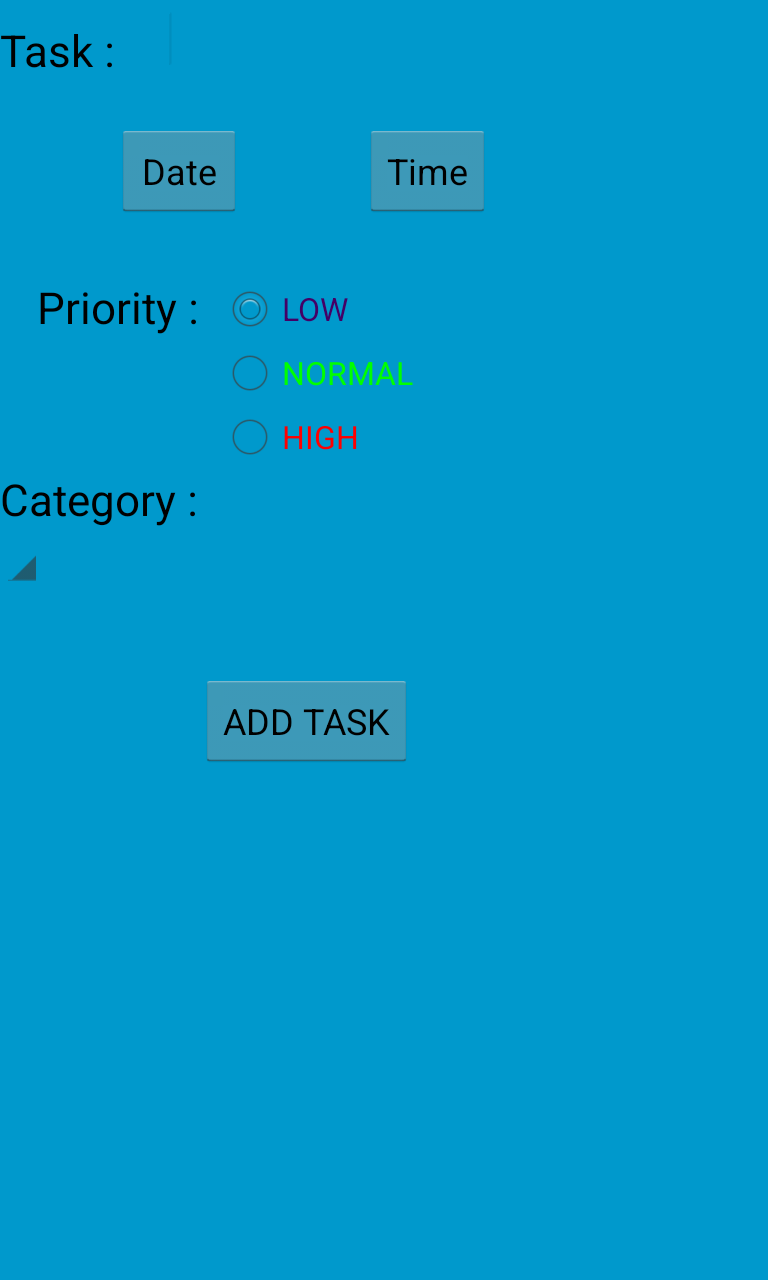
Repository: satyadarls/ToDo
Layout: ToDo/res/layout/customdialog_layout.xml
These files come from the project's save history. The layout is drawn as it stood at one moment and after the next save; the edit follows.
It is drawn on a 768 x 1280 px phone screen (xhdpi) without system bars, with theme AppTheme; the app's code is not run.

Above is the layout before, as saved 2014-07-07 18:41:10.

After the next save:
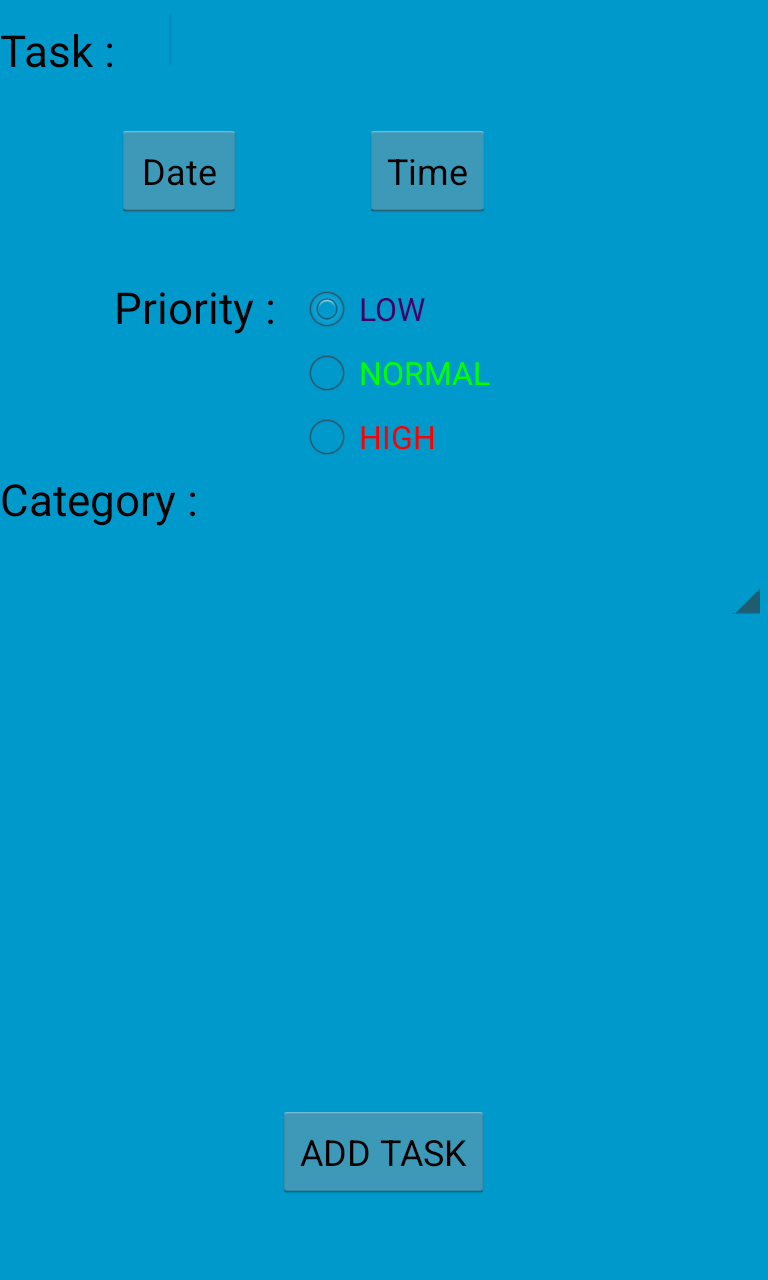
Saved 104 s later.
--- a/ToDo/res/layout/customdialog_layout.xml
+++ b/ToDo/res/layout/customdialog_layout.xml
@@ -85,23 +85,6 @@
         android:text="Priority :"
         android:textAppearance="?android:attr/textAppearanceLarge" />
 
-    <Spinner
-        android1:id="@+id/spinnercategory"
-        android1:layout_width="wrap_content"
-        android1:layout_height="wrap_content"
-        android1:layout_alignParentLeft="true"
-        android1:layout_below="@+id/radioGroup1"
-        android1:layout_marginTop="28dp" />
-
-    <Button
-        android1:id="@+id/dialogButton"
-        android1:layout_width="wrap_content"
-        android1:layout_height="wrap_content"
-        android1:layout_below="@+id/spinnercategory"
-        android1:layout_marginTop="42dp"
-        android1:layout_toRightOf="@+id/textView3"
-        android1:text="ADD TASK" />
-
     <TextView
         android1:id="@+id/textView3"
         android1:layout_width="wrap_content"
@@ -111,4 +94,21 @@
         android1:text="Category :"
         android1:textAppearance="?android:attr/textAppearanceLarge" />
 
+    <Button
+        android1:id="@+id/dialogButton"
+        android1:layout_width="wrap_content"
+        android1:layout_height="wrap_content"
+        android1:layout_alignParentBottom="true"
+        android1:layout_centerHorizontal="true"
+        android1:layout_marginBottom="40dp"
+        android1:text="ADD TASK" />
+
+    <Spinner
+        android1:id="@+id/categoryspinner"
+        android1:layout_width="wrap_content"
+        android1:layout_height="wrap_content"
+        android1:layout_alignParentRight="true"
+        android1:layout_below="@+id/textView3"
+        android1:layout_marginTop="15dp" />
+
 </RelativeLayout>
